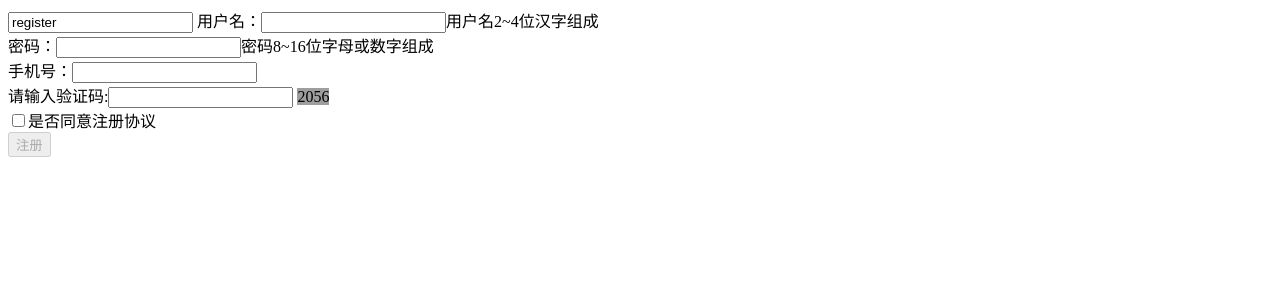
Repository: kennycaiguo/javaweb-1
Page: http://localhost/Ajax/register.jsp
The author's editor kept a copy of each file at every save. The page is drawn from the files as they stood at one save, then again after the next save.
The browser window is 1280 px wide. The pictures show the whole page.
The page is served by Tomcat 9. Other server files are loaded and not shown.

Above is the page before, as saved 2019-09-27 14:31:49.

### Ajax/WebContent/register.jsp
<%@ page language="java" contentType="text/html; charset=utf-8"
    pageEncoding="utf-8"%>
   <%
	String path = request.getContextPath(); //????????
	String basePath = request.getScheme()+"://"+request.getServerName()+":"+request.getServerPort()+path+"/";
	%>
<!DOCTYPE html>
<html>
	<head>
	<base href="<%= basePath%>">
		<meta charset="utf-8">
		<title></title>
		<style type="text/css">
			#Code{
				color: #000000;
				background-image: url(code.jpg);
			}
		</style>
		<script type="text/javascript">
			//建立用户名检查结果全局变量，避免多余查询
			var checkUnameBool
			//建立验证码全局变量
			var code
			//生成验证码
			function createCode(){
				code = Math.floor(Math.random()*9000+1000);
				var s=document.getElementById("Code");
				s.textContent=code;
			}
			//封装检验内容
			function check(id,reg){
				//获取元素
				var inp =document.getElementById(id);
				var value=inp.value;
				var alt=inp.alt;
				//获取span标签
				var sp =document.getElementById(id+"Span");
				//检验数据
				if(value==null||value=="")
				{
					console.log(value);
					sp.innerText=alt+"不能为空";
					sp.style.color="red";
					return false;
				}
				else if(reg.test(value))
				{
					sp.innerText=alt+"ok";
					sp.style.color="springgreen";
					return true;
				}else{
					sp.innerText=alt+"不规范";
					sp.style.color="red";
					return false;
				}
			}
			//检查用户名格式并校验用户名是否存在
			function checkUname(t){
				//填写ajax的代码,校验用户是否存在
				var ajax
				var flag = check(t.id,/^[a-z,A-Z,1-9,0]{2,8}$/)
				if(window.XMLHttpRequest)
				{
					ajax=new XMLHttpRequest()
				}else {
					ajax=new ActiveXObject("Msxml2.XMLHTTP")
				}
				ajax.onreadystatechange=function(){
					if(ajax.readyState==4){
						//var result = ajax.responseText;
						var result=eval(ajax.responseText)
						console.log(result)
						//校验用户名
						if(flag)
						{
							if(result=="200"){
								document.getElementById("unameSpan").innerText="用户名可用"
							}
							else{
								document.getElementById("unameSpan").innerText="用户名重复"
							}
						}
					}
				}
				ajax.open("POST","/Ajax/ajax")
				ajax.setRequestHeader("Content-Type","application/x-www-form-urlencoded");
				ajax.send("username="+t.value)
				checkUnameBool=(flag)&&(ajax.responseText)
				return checkUnameBool
			}
			//检验密码格式是否正确
			function checkPwd(t){
				check(t.id,/^[&,^,*,<,>,#,@,~]{0}[a-z,1-9,A-Z]{8,16}/);
			}
			//设置用户同意协议方可注册
			function checkArgee(){
				document.getElementById("submitId").disabled= !document.getElementById("arg").checked
			}
			//校验验证码
			function checkCode(){
				var cod =document.getElementById("cod").value
				var c=document.getElementById("checkC")
				if(cod==code){
					c.innerText="验证码正确"
				}
				else{
					c.innerText="验证码错误"
				}

			}
			//查看各项是否按要求填写
			function checkAll(name,pwd){
				return checkUnameBool&&checkPwd(pwd)&&checkCode()
			}
			//提交时进行二次检查
			function sub(){
				var name = document.getElementById("uname")
				var p = document.getElementById("pwd")
				if(checkAll(name,p)){
					alert("用户可注册")
				}
				else{
					alert("有错误项")
				}
			}
		</script>
	</head>
	<body onload="createCode()" >
		<form action="ajaxLogin" name="F" method="post" >
			<input type=text style="hidde" id="oper" value="register"/>
			用户名：<input type="text" name="uname" id="uname" value="" onblur="checkUname(this)" alt="用户名"/><span id="unameSpan">用户名2~4位汉字组成</span><br />
			密码：<input type="text" name="pwd" id="pwd" value="" alt="密码" onblur="checkPwd(this)"/><span id="pwdSpan">密码8~16位字母或数字组成</span><br />
			手机号：<input type="text" name="Number" id="Number" alt="手机号"/><span id="NumberSpan"></span><br />
			请输入验证码:<input type="text" name="cod" id="cod" value="" />
			<span style="background-image: url(c.jpg);color: #000000;" id="Code" onclick="createCode()"></span><span id="checkC"></span><br />
			<input type="checkbox" name="" id="arg" value="" onclick="checkArgee()"/>是否同意注册协议<br />
			<input type="button" id="submitId"  value="注册" disabled="disabled" onclick="sub()"/>
		</form>
	</body>
</html>

After the next save:
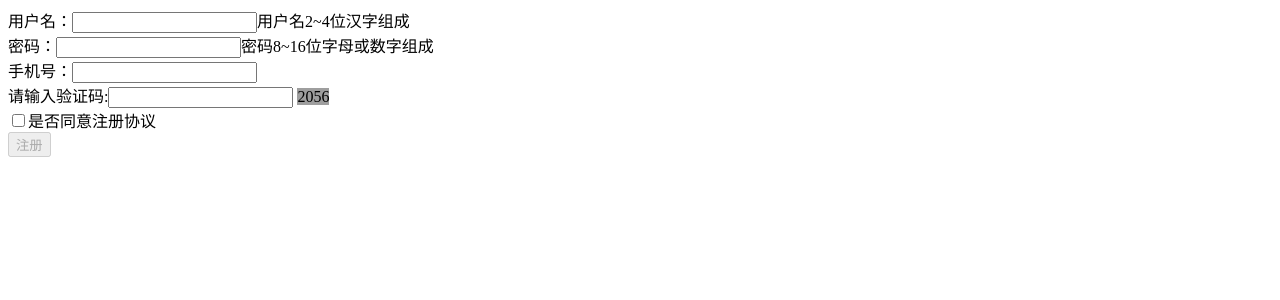
Saved 90 s later.
--- a/Ajax/WebContent/register.jsp
+++ b/Ajax/WebContent/register.jsp
@@ -127,7 +127,7 @@
 	</head>
 	<body onload="createCode()" >
 		<form action="ajaxLogin" name="F" method="post" >
-			<input type=text style="hidde" id="oper" value="register"/>
+			<input type=hidden style="hidde" id="oper" value="register"/>
 			用户名：<input type="text" name="uname" id="uname" value="" onblur="checkUname(this)" alt="用户名"/><span id="unameSpan">用户名2~4位汉字组成</span><br />
 			密码：<input type="text" name="pwd" id="pwd" value="" alt="密码" onblur="checkPwd(this)"/><span id="pwdSpan">密码8~16位字母或数字组成</span><br />
 			手机号：<input type="text" name="Number" id="Number" alt="手机号"/><span id="NumberSpan"></span><br />
